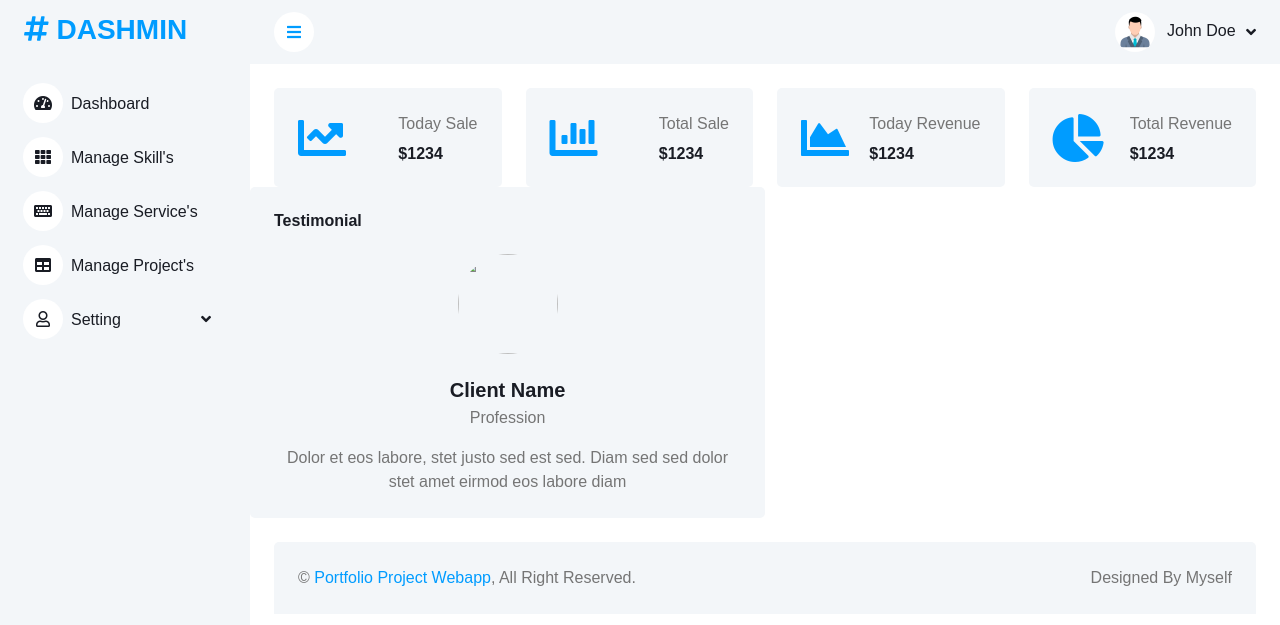
Repository: h4fizm/management-portfolio-project-webapp
Page: http://localhost/profile
The author's editor kept a copy of each file at every save. The page is drawn from the files as they stood at one save, then again after the next save.
The browser window is 1280 px wide. The pictures show the whole page.
Some web fonts or font styles are not loaded; a fallback is used. Some web libraries are served in a nearby version. The page is served by the project's Laravel application, run on PHP 8.4 with Laravel 12. A made-up administrator, Test User (test@example.com), is signed in. Other server files are loaded and not shown.

Above is the page before, as saved 2025-01-15 03:00:50.
Console error: TypeError: Cannot read properties of undefined (reading 'getContext')

### routes/web.php
<?php

use Illuminate\Support\Facades\Route;
use App\Http\Controllers\AuthController;
use App\Http\Controllers\DashboardController;
use App\Http\Controllers\ProfileController;

Route::get('/', function () {
    return view('LandingPage');
});

Route::get('/login', [AuthController::class, 'showLoginPage'])->name('login.page');
Route::post('/login', [AuthController::class, 'login'])->name('login');

Route::get('/register', [AuthController::class, 'showRegisterPage'])->name('register.page');
Route::post('/register', [AuthController::class, 'register'])->name('register');

Route::post('/logout', [AuthController::class, 'logout'])->name('logout');

// Lindungi route dashboard dengan middleware auth
Route::get('/dashboard', [DashboardController::class, 'showMainPage'])->middleware('auth')->name('dashboard');
Route::get('/profile', [ProfileController::class, 'showProfilePage'])->middleware('auth')->name('profile');

### app/Models/User.php
<?php

namespace App\Models;

use Illuminate\Database\Eloquent\Factories\HasFactory;
use Illuminate\Database\Eloquent\Model;
use Illuminate\Foundation\Auth\User as Authenticatable;

class User extends Authenticatable
{
    use HasFactory;

    // Tentukan tabel yang digunakan
    protected $table = 'user';

    // Tentukan kolom yang dapat diisi
    protected $fillable = ['name', 'email', 'password', 'upload_resume'];

    // Sembunyikan kolom tertentu saat serialisasi
    protected $hidden = ['password', 'remember_token'];
}

### app/Http/Controllers/ProfileController.php
<?php

namespace App\Http\Controllers;

use Illuminate\Http\Request;

class ProfileController extends Controller
{
    public function showProfilePage()
    {
        return view('menu.profile');
    }
}

### resources/views/menu/profile.blade.php
@extends('MainPage')
@section('title', 'User Profile')
@section('content')
<div class="container-fluid pt-4 px-4">
    <div class="row g-4">
        <div class="col-sm-6 col-xl-3">
            <div class="bg-light rounded d-flex align-items-center justify-content-between p-4">
                <i class="fa fa-chart-line fa-3x text-primary"></i>
                <div class="ms-3">
                    <p class="mb-2">Today Sale</p>
                    <h6 class="mb-0">$1234</h6>
                </div>
            </div>
        </div>
        <div class="col-sm-6 col-xl-3">
            <div class="bg-light rounded d-flex align-items-center justify-content-between p-4">
                <i class="fa fa-chart-bar fa-3x text-primary"></i>
                <div class="ms-3">
                    <p class="mb-2">Total Sale</p>
                    <h6 class="mb-0">$1234</h6>
                </div>
            </div>
        </div>
        <div class="col-sm-6 col-xl-3">
            <div class="bg-light rounded d-flex align-items-center justify-content-between p-4">
                <i class="fa fa-chart-area fa-3x text-primary"></i>
                <div class="ms-3">
                    <p class="mb-2">Today Revenue</p>
                    <h6 class="mb-0">$1234</h6>
                </div>
            </div>
        </div>
        <div class="col-sm-6 col-xl-3">
            <div class="bg-light rounded d-flex align-items-center justify-content-between p-4">
                <i class="fa fa-chart-pie fa-3x text-primary"></i>
                <div class="ms-3">
                    <p class="mb-2">Total Revenue</p>
                    <h6 class="mb-0">$1234</h6>
                </div>
            </div>
        </div>
    </div>
</div>
<div class="col-sm-12 col-xl-6">
    <div class="bg-light rounded h-100 p-4">
        <h6 class="mb-4">Testimonial</h6>
        <div class="owl-carousel testimonial-carousel">
            <div class="testimonial-item text-center">
                <img class="img-fluid rounded-circle mx-auto mb-4" src="img/testimonial-1.jpg" style="width: 100px; height: 100px;">
                <h5 class="mb-1">Client Name</h5>
                <p>Profession</p>
                <p class="mb-0">Dolor et eos labore, stet justo sed est sed. Diam sed sed dolor stet amet eirmod eos labore diam</p>
            </div>
        </div>
    </div>
</div>
@endsection

### resources/views/MainPage.blade.php
<!DOCTYPE html>
<html lang="en">

<head>
    <meta charset="utf-8">
    <title>@yield('title')</title>
    <meta content="width=device-width, initial-scale=1.0" name="viewport">
    <meta content="" name="keywords">
    <meta content="" name="description">

    <!-- Favicon -->
    <link href="img/favicon.ico" rel="icon">

    <!-- Google Web Fonts -->
    <link rel="preconnect" href="https://fonts.googleapis.com">
    <link rel="preconnect" href="https://fonts.gstatic.com" crossorigin>
    <link href="https://fonts.googleapis.com/css2?family=Heebo:wght@400;500;600;700&display=swap" rel="stylesheet">

    <!-- Icon Font Stylesheet -->
    <link href="https://cdnjs.cloudflare.com/ajax/libs/font-awesome/5.10.0/css/all.min.css" rel="stylesheet">
    <link href="https://cdn.jsdelivr.net/npm/bootstrap-icons@1.4.1/font/bootstrap-icons.css" rel="stylesheet">

    <!-- Libraries Stylesheet -->
    <link href="{{ asset('DashPage/lib/owlcarousel/assets/owl.carousel.min.css')}}" rel="stylesheet">
    <link href="{{ asset('DashPage/lib/tempusdominus/css/tempusdominus-bootstrap-4.min.css')}}" rel="stylesheet" />

    <!-- Customized Bootstrap Stylesheet -->
    <link href="{{ asset('DashPage/css/bootstrap.min.css')}}" rel="stylesheet">

    <!-- Template Stylesheet -->
    <link href="{{ asset('DashPage/css/style.css')}}" rel="stylesheet">
</head>

<body>
    <div class="container-xxl position-relative bg-white d-flex p-0">
        <!-- Spinner Start -->
        <div id="spinner" class="show bg-white position-fixed translate-middle w-100 vh-100 top-50 start-50 d-flex align-items-center justify-content-center">
            <div class="spinner-border text-primary" style="width: 3rem; height: 3rem;" role="status">
                <span class="sr-only">Loading...</span>
            </div>
        </div>
        <!-- Spinner End -->


        <!-- Sidebar Start -->
        @include('partials.sidebar')
        <!-- Sidebar End -->


        <!-- Content Start -->
        <div class="content">
            <!-- Navbar Start -->
            @include('partials.header')
            <!-- Navbar End -->


            <!-- Main Content -->
             @yield('content')
            <!-- End Main Content -->

            <!-- Footer Start -->
             @include('partials.footer')
            <!-- Footer End -->
        </div>
        <!-- Content End -->


        <!-- Back to Top -->
        {{-- <a href="#" class="btn btn-lg btn-primary btn-lg-square back-to-top"><i class="bi bi-arrow-up"></i></a> --}}
    </div>

    <!-- JavaScript Libraries -->
    <script src="https://code.jquery.com/jquery-3.4.1.min.js"></script>
    <script src="https://cdn.jsdelivr.net/npm/bootstrap@5.0.0/dist/js/bootstrap.bundle.min.js"></script>
    <script src="{{ asset('DashPage/lib/chart/chart.min.js')}}"></script>
    <script src="{{ asset('DashPage/lib/easing/easing.min.js')}}"></script>
    <script src="{{ asset('DashPage/lib/waypoints/waypoints.min.js')}}"></script>
    <script src="{{ asset('DashPage/lib/owlcarousel/owl.carousel.min.js')}}"></script>
    <script src="{{ asset('DashPage/lib/tempusdominus/js/moment.min.js')}}"></script>
    <script src="{{ asset('DashPage/lib/tempusdominus/js/moment-timezone.min.js')}}"></script>
    <script src="{{ asset('DashPage/lib/tempusdominus/js/tempusdominus-bootstrap-4.min.js')}}"></script>

    <!-- Template Javascript -->
    <script src="{{ asset('DashPage/js/main.js')}}"></script>
</body>

</html>

### resources/views/partials/sidebar.blade.php
<div class="sidebar pe-4 pb-3">
    <nav class="navbar bg-light navbar-light">
        <a href="{{ route('dashboard') }}" class="navbar-brand mx-4 mb-3">
            <h3 class="text-primary"><i class="fa fa-hashtag me-2"></i>DASHMIN</h3>
        </a>
        <div class="navbar-nav w-100">
            <a href="{{ route('dashboard') }}" class="nav-item nav-link @if(Route::currentRouteName() == 'dashboard') active @endif">
                <i class="fa fa-tachometer-alt me-2"></i>Dashboard
            </a>
            <a href="#" class="nav-item nav-link">
                <i class="fa fa-th me-2"></i>Manage Skill's
            </a>
            <a href="#" class="nav-item nav-link">
                <i class="fa fa-keyboard me-2"></i>Manage Service's
            </a>
            <a href="#" class="nav-item nav-link">
                <i class="fa fa-table me-2"></i>Manage Project's
            </a>
            <div class="nav-item dropdown">
                <a href="#" class="nav-link dropdown-toggle" data-bs-toggle="dropdown">
                    <i class="far fa-user me-2"></i>Setting
                </a>
                <div class="dropdown-menu bg-transparent border-0">
                    <a href="#" class="dropdown-item">Manage User</a>
                    <a href="{{ route('profile') }}" class="dropdown-item @if(Route::currentRouteName() == 'profile') active @endif">My Profile</a>
                </div>
            </div>
        </div>
    </nav>
</div>

### resources/views/partials/header.blade.php
<nav class="navbar navbar-expand bg-light navbar-light sticky-top px-4 py-0">
    <a href="index.html" class="navbar-brand d-flex d-lg-none me-4">
        <h2 class="text-primary mb-0"><i class="fa fa-hashtag"></i></h2>
    </a>
    <a href="#" class="sidebar-toggler flex-shrink-0">
        <i class="fa fa-bars"></i>
    </a>
    <div class="navbar-nav align-items-center ms-auto">
        <div class="nav-item dropdown">
            <a href="#" class="nav-link dropdown-toggle" data-bs-toggle="dropdown">
                <img class="rounded-circle me-lg-2" src="{{ asset('DashPage/img/user.jpg') }}" alt="" style="width: 40px; height: 40px;">
                <span class="d-none d-lg-inline-flex">John Doe</span>
            </a>
            <div class="dropdown-menu dropdown-menu-end bg-light border-0 rounded-0 rounded-bottom m-0">
                <a href="#" class="dropdown-item">My Profile</a>
                <a href="#" class="dropdown-item" onclick="event.preventDefault(); document.getElementById('logout-form').submit();">
                    Log Out
                </a>
                <form id="logout-form" action="{{ route('logout') }}" method="POST" style="display: none;">
                    @csrf
                </form>
            </div>
        </div>
    </div>
</nav>

### resources/views/partials/footer.blade.php
<div class="container-fluid pt-4 px-4">
    <div class="bg-light rounded-top p-4">
        <div class="row">
            <div class="col-12 col-sm-6 text-center text-sm-start">
                &copy; <a href="">Portfolio Project Webapp</a>, All Right Reserved.
            </div>
            <div class="col-12 col-sm-6 text-center text-sm-end">
                <!--/*** This template is free as long as you keep the footer author’s credit link/attribution link/backlink. If you'd like to use the template without the footer author’s credit link/attribution link/backlink, you can purchase the Credit Removal License from "https://htmlcodex.com/credit-removal". Thank you for your support. ***/-->
                Designed By Myself</a>
            </div>
        </div>
    </div>
</div>

### public/DashPage/css/style.css
/********** Template CSS **********/
:root {
    --primary: #009CFF;
    --light: #F3F6F9;
    --dark: #191C24;
}

.back-to-top {
    position: fixed;
    display: none;
    right: 45px;
    bottom: 45px;
    z-index: 99;
}


/*** Spinner ***/
#spinner {
    opacity: 0;
    visibility: hidden;
    transition: opacity .5s ease-out, visibility 0s linear .5s;
    z-index: 99999;
}

#spinner.show {
    transition: opacity .5s ease-out, visibility 0s linear 0s;
    visibility: visible;
    opacity: 1;
}


/*** Button ***/
.btn {
    transition: .5s;
}

.btn.btn-primary {
    color: #FFFFFF;
}

.btn-square {
    width: 38px;
    height: 38px;
}

.btn-sm-square {
    width: 32px;
    height: 32px;
}

.btn-lg-square {
    width: 48px;
    height: 48px;
}

.btn-square,
.btn-sm-square,
.btn-lg-square {
    padding: 0;
    display: inline-flex;
    align-items: center;
    justify-content: center;
    font-weight: normal;
    border-radius: 50px;
}


/*** Layout ***/
.sidebar {
    position: fixed;
    top: 0;
    left: 0;
    bottom: 0;
    width: 250px;
    height: 100vh;
    overflow-y: auto;
    background: var(--light);
    transition: 0.5s;
    z-index: 999;
}

.content {
    margin-left: 250px;
    min-height: 100vh;
    background: #FFFFFF;
    transition: 0.5s;
}

@media (min-width: 992px) {
    .sidebar {
        margin-left: 0;
    }

    .sidebar.open {
        margin-left: -250px;
    }

    .content {
        width: calc(100% - 250px);
    }

    .content.open {
        width: 100%;
        margin-left: 0;
    }
}

@media (max-width: 991.98px) {
    .sidebar {
        margin-left: -250px;
    }

    .sidebar.open {
        margin-left: 0;
    }

    .content {
        width: 100%;
        margin-left: 0;
    }
}


/*** Navbar ***/
.sidebar .navbar .navbar-nav .nav-link {
    padding: 7px 20px;
    color: var(--dark);
    font-weight: 500;
    border-left: 3px solid var(--light);
    border-radius: 0 30px 30px 0;
    outline: none;
}

.sidebar .navbar .navbar-nav .nav-link:hover,
.sidebar .navbar .navbar-nav .nav-link.active {
    color: var(--primary);
    background: #FFFFFF;
    border-color: var(--primary);
}

.sidebar .navbar .navbar-nav .nav-link i {
    width: 40px;
    height: 40px;
    display: inline-flex;
    align-items: center;
    justify-content: center;
    background: #FFFFFF;
    border-radius: 40px;
}

.sidebar .navbar .navbar-nav .nav-link:hover i,
.sidebar .navbar .navbar-nav .nav-link.active i {
    background: var(--light);
}

.sidebar .navbar .dropdown-toggle::after {
    position: absolute;
    top: 15px;
    right: 15px;
    border: none;
    content: "\f107";
    font-family: "Font Awesome 5 Free";
    font-weight: 900;
    transition: .5s;
}

.sidebar .navbar .dropdown-toggle[aria-expanded=true]::after {
    transform: rotate(-180deg);
}

.sidebar .navbar .dropdown-item {
    padding-left: 25px;
    border-radius: 0 30px 30px 0;
}

.content .navbar .navbar-nav .nav-link {
    margin-left: 25px;
    padding: 12px 0;
    color: var(--dark);
    outline: none;
}

.content .navbar .navbar-nav .nav-link:hover,
.content .navbar .navbar-nav .nav-link.active {
    color: var(--primary);
}

.content .navbar .sidebar-toggler,
.content .navbar .navbar-nav .nav-link i {
    width: 40px;
    height: 40px;
    display: inline-flex;
    align-items: center;
    justify-content: center;
    background: #FFFFFF;
    border-radius: 40px;
}

.content .navbar .dropdown-toggle::after {
    margin-left: 6px;
    vertical-align: middle;
    border: none;
    content: "\f107";
    font-family: "Font Awesome 5 Free";
    font-weight: 900;
    transition: .5s;
}

.content .navbar .dropdown-toggle[aria-expanded=true]::after {
    transform: rotate(-180deg);
}

@media (max-width: 575.98px) {
    .content .navbar .navbar-nav .nav-link {
        margin-left: 15px;
    }
}


/*** Date Picker ***/
.bootstrap-datetimepicker-widget.bottom {
    top: auto !important;
}

.bootstrap-datetimepicker-widget .table * {
    border-bottom-width: 0px;
}

.bootstrap-datetimepicker-widget .table th {
    font-weight: 500;
}

.bootstrap-datetimepicker-widget.dropdown-menu {
    padding: 10px;
    border-radius: 2px;
}

.bootstrap-datetimepicker-widget table td.active,
.bootstrap-datetimepicker-widget table td.active:hover {
    background: var(--primary);
}

.bootstrap-datetimepicker-widget table td.today::before {
    border-bottom-color: var(--primary);
}


/*** Testimonial ***/
.progress .progress-bar {
    width: 0px;
    transition: 2s;
}


/*** Testimonial ***/
.testimonial-carousel .owl-dots {
    margin-top: 24px;
    display: flex;
    align-items: flex-end;
    justify-content: center;
}

.testimonial-carousel .owl-dot {
    position: relative;
    display: inline-block;
    margin: 0 5px;
    width: 15px;
    height: 15px;
    border: 5px solid var(--primary);
    border-radius: 15px;
    transition: .5s;
}

.testimonial-carousel .owl-dot.active {
    background: var(--dark);
    border-color: var(--primary);
}

### public/DashPage/js/main.js
(function ($) {
    "use strict";

    // Spinner
    var spinner = function () {
        setTimeout(function () {
            if ($('#spinner').length > 0) {
                $('#spinner').removeClass('show');
            }
        }, 1);
    };
    spinner();


    // Back to top button
    $(window).scroll(function () {
        if ($(this).scrollTop() > 300) {
            $('.back-to-top').fadeIn('slow');
        } else {
            $('.back-to-top').fadeOut('slow');
        }
    });
    $('.back-to-top').click(function () {
        $('html, body').animate({scrollTop: 0}, 1500, 'easeInOutExpo');
        return false;
    });


    // Sidebar Toggler
    $('.sidebar-toggler').click(function () {
        $('.sidebar, .content').toggleClass("open");
        return false;
    });


    // Progress Bar
    $('.pg-bar').waypoint(function () {
        $('.progress .progress-bar').each(function () {
            $(this).css("width", $(this).attr("aria-valuenow") + '%');
        });
    }, {offset: '80%'});


    // Calender
    $('#calender').datetimepicker({
        inline: true,
        format: 'L'
    });


    // Testimonials carousel
    $(".testimonial-carousel").owlCarousel({
        autoplay: true,
        smartSpeed: 1000,
        items: 1,
        dots: true,
        loop: true,
        nav : false
    });


    // Worldwide Sales Chart
    var ctx1 = $("#worldwide-sales").get(0).getContext("2d");
    var myChart1 = new Chart(ctx1, {
        type: "bar",
        data: {
            labels: ["2016", "2017", "2018", "2019", "2020", "2021", "2022"],
            datasets: [{
                    label: "USA",
                    data: [15, 30, 55, 65, 60, 80, 95],
                    backgroundColor: "rgba(0, 156, 255, .7)"
                },
                {
                    label: "UK",
                    data: [8, 35, 40, 60, 70, 55, 75],
                    backgroundColor: "rgba(0, 156, 255, .5)"
                },
                {
                    label: "AU",
                    data: [12, 25, 45, 55, 65, 70, 60],
                    backgroundColor: "rgba(0, 156, 255, .3)"
                }
            ]
            },
        options: {
            responsive: true
        }
    });


    // Salse & Revenue Chart
    var ctx2 = $("#salse-revenue").get(0).getContext("2d");
    var myChart2 = new Chart(ctx2, {
        type: "line",
        data: {
            labels: ["2016", "2017", "2018", "2019", "2020", "2021", "2022"],
            datasets: [{
                    label: "Salse",
                    data: [15, 30, 55, 45, 70, 65, 85],
                    backgroundColor: "rgba(0, 156, 255, .5)",
                    fill: true
                },
                {
                    label: "Revenue",
                    data: [99, 135, 170, 130, 190, 180, 270],
                    backgroundColor: "rgba(0, 156, 255, .3)",
                    fill: true
                }
            ]
            },
        options: {
            responsive: true
        }
    });



    // Single Line Chart
    var ctx3 = $("#line-chart").get(0).getContext("2d");
    var myChart3 = new Chart(ctx3, {
        type: "line",
        data: {
            labels: [50, 60, 70, 80, 90, 100, 110, 120, 130, 140, 150],
            datasets: [{
                label: "Salse",
                fill: false,
                backgroundColor: "rgba(0, 156, 255, .3)",
                data: [7, 8, 8, 9, 9, 9, 10, 11, 14, 14, 15]
            }]
        },
        options: {
            responsive: true
        }
    });


    // Single Bar Chart
    var ctx4 = $("#bar-chart").get(0).getContext("2d");
    var myChart4 = new Chart(ctx4, {
        type: "bar",
        data: {
            labels: ["Italy", "France", "Spain", "USA", "Argentina"],
            datasets: [{
                backgroundColor: [
                    "rgba(0, 156, 255, .7)",
                    "rgba(0, 156, 255, .6)",
                    "rgba(0, 156, 255, .5)",
                    "rgba(0, 156, 255, .4)",
                    "rgba(0, 156, 255, .3)"
                ],
                data: [55, 49, 44, 24, 15]
            }]
        },
        options: {
            responsive: true
        }
    });


    // Pie Chart
    var ctx5 = $("#pie-chart").get(0).getContext("2d");
    var myChart5 = new Chart(ctx5, {
        type: "pie",
        data: {
            labels: ["Italy", "France", "Spain", "USA", "Argentina"],
            datasets: [{
                backgroundColor: [
                    "rgba(0, 156, 255, .7)",
                    "rgba(0, 156, 255, .6)",
                    "rgba(0, 156, 255, .5)",
                    "rgba(0, 156, 255, .4)",
                    "rgba(0, 156, 255, .3)"
                ],
                data: [55, 49, 44, 24, 15]
            }]
        },
        options: {
            responsive: true
        }
    });


    // Doughnut Chart
    var ctx6 = $("#doughnut-chart").get(0).getContext("2d");
    var myChart6 = new Chart(ctx6, {
        type: "doughnut",
        data: {
            labels: ["Italy", "France", "Spain", "USA", "Argentina"],
            datasets: [{
                backgroundColor: [
                    "rgba(0, 156, 255, .7)",
                    "rgba(0, 156, 255, .6)",
                    "rgba(0, 156, 255, .5)",
                    "rgba(0, 156, 255, .4)",
                    "rgba(0, 156, 255, .3)"
                ],
                data: [55, 49, 44, 24, 15]
            }]
        },
        options: {
            responsive: true
        }
    });


})(jQuery);

Loaded but not shown: app/Http/Controllers/Controller.php (common file); public/DashPage/lib/owlcarousel/assets/owl.carousel.min.css (common file); public/DashPage/lib/tempusdominus/css/tempusdominus-bootstrap-4.min.css (library); public/DashPage/css/bootstrap.min.css (library); public/DashPage/lib/chart/chart.min.js (library); public/DashPage/lib/easing/easing.min.js (common file); public/DashPage/lib/waypoints/waypoints.min.js (library); public/DashPage/lib/owlcarousel/owl.carousel.min.js (library); public/DashPage/lib/tempusdominus/js/moment.min.js (library); public/DashPage/lib/tempusdominus/js/moment-timezone.min.js (library); public/DashPage/lib/tempusdominus/js/tempusdominus-bootstrap-4.min.js (library)

After the next save:
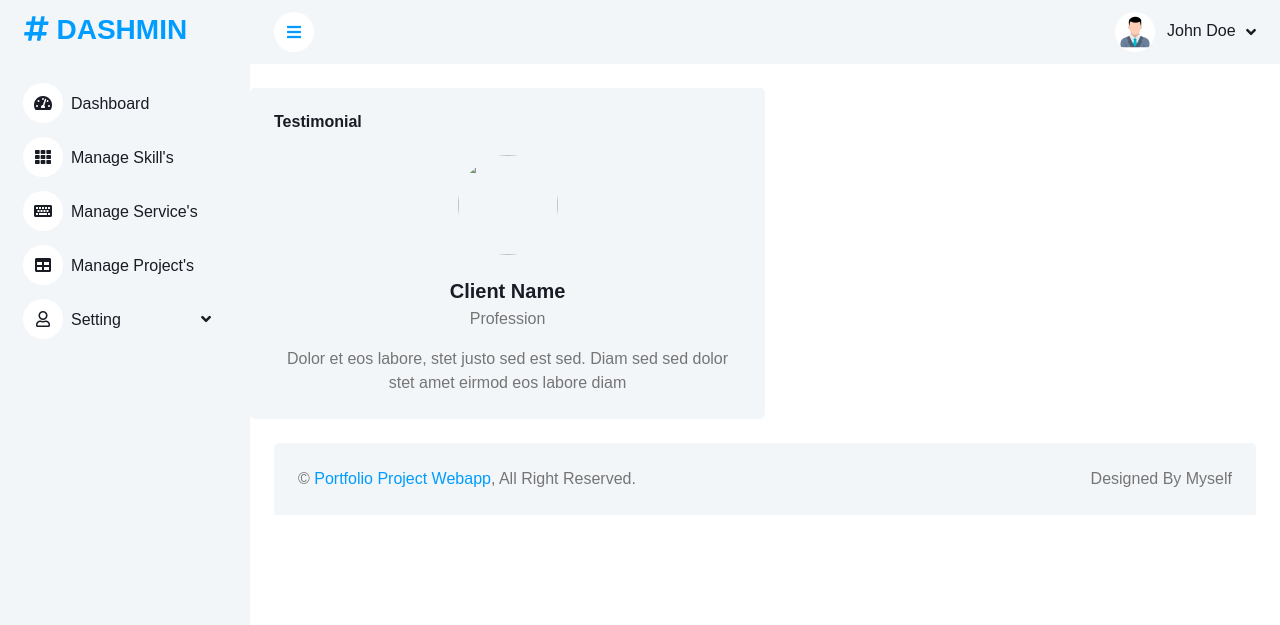
Saved 8 s later.
--- a/resources/views/menu/profile.blade.php
+++ b/resources/views/menu/profile.blade.php
@@ -2,44 +2,7 @@
 @section('title', 'User Profile')
 @section('content')
 <div class="container-fluid pt-4 px-4">
-    <div class="row g-4">
-        <div class="col-sm-6 col-xl-3">
-            <div class="bg-light rounded d-flex align-items-center justify-content-between p-4">
-                <i class="fa fa-chart-line fa-3x text-primary"></i>
-                <div class="ms-3">
-                    <p class="mb-2">Today Sale</p>
-                    <h6 class="mb-0">$1234</h6>
-                </div>
-            </div>
-        </div>
-        <div class="col-sm-6 col-xl-3">
-            <div class="bg-light rounded d-flex align-items-center justify-content-between p-4">
-                <i class="fa fa-chart-bar fa-3x text-primary"></i>
-                <div class="ms-3">
-                    <p class="mb-2">Total Sale</p>
-                    <h6 class="mb-0">$1234</h6>
-                </div>
-            </div>
-        </div>
-        <div class="col-sm-6 col-xl-3">
-            <div class="bg-light rounded d-flex align-items-center justify-content-between p-4">
-                <i class="fa fa-chart-area fa-3x text-primary"></i>
-                <div class="ms-3">
-                    <p class="mb-2">Today Revenue</p>
-                    <h6 class="mb-0">$1234</h6>
-                </div>
-            </div>
-        </div>
-        <div class="col-sm-6 col-xl-3">
-            <div class="bg-light rounded d-flex align-items-center justify-content-between p-4">
-                <i class="fa fa-chart-pie fa-3x text-primary"></i>
-                <div class="ms-3">
-                    <p class="mb-2">Total Revenue</p>
-                    <h6 class="mb-0">$1234</h6>
-                </div>
-            </div>
-        </div>
-    </div>
+
 </div>
 <div class="col-sm-12 col-xl-6">
     <div class="bg-light rounded h-100 p-4">
